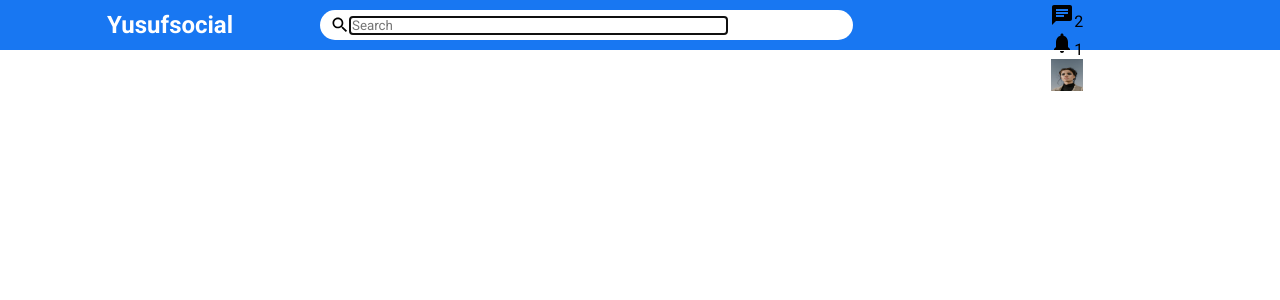
Repository: sevilgenysf/socialmediaapp
Page: /
The author's editor kept a copy of each file at every save. The page is drawn from the files as they stood at one save, then again after the next save.
The browser window is 1280 px wide. The pictures show the whole page.
The first visible `.searchInput` has the focus.
The project was rebuilt for these pictures with package versions that can differ from the ones it lists, and the page was loaded fresh each time.

Above is the page before, as saved 2022-02-16 13:22:54.

After the next save:
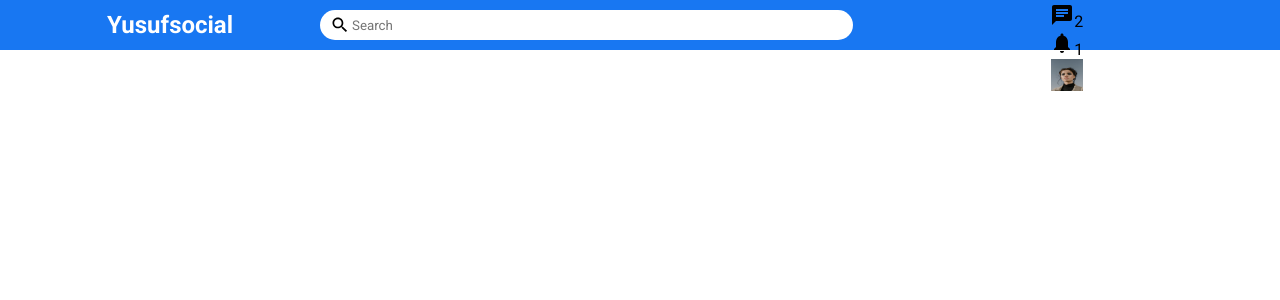
Saved 82 s later.
--- a/src/components/topbar/topbar.css
+++ b/src/components/topbar/topbar.css
@@ -38,9 +38,14 @@
 	margin-left: 10px;
 }
 
+
 .searchInput {
 	border: none;
 	width: 70%;
+}
+
+.searchInput:focus {
+	outline: none;
 }
 
 .topbarRight {
